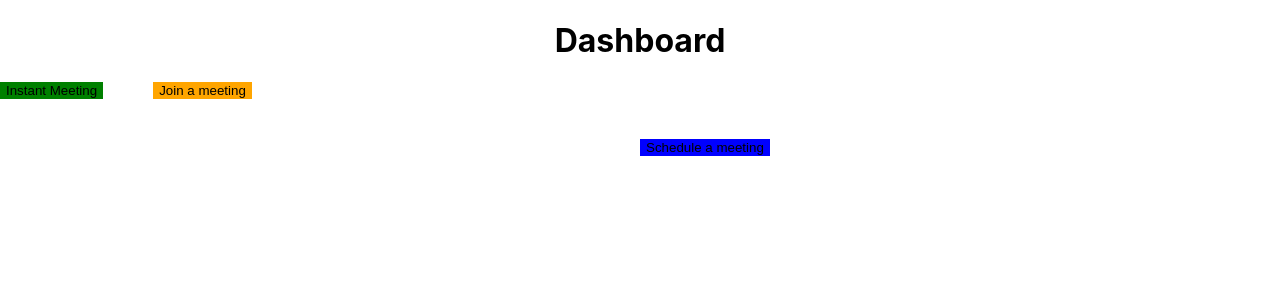
Repository: sreech465/myexam
Page: /
These files come from the project's save history. The page is drawn as it stood at one moment and after the next save; the edit follows.
The browser window is 1280 px wide. The pictures show the whole page.
The project was rebuilt for these pictures with package versions that can differ from the ones it lists, and the page was loaded fresh each time. Also part of the build but not shown: src/Jmeet.js, src/Smeet.js.

Above is the page before, as saved 2023-01-14 16:01:39.

### src/App.js
import logo from "./logo.svg";
import "./App.css";
import Details from "./Details";
import { BrowserRouter } from "react-router-dom";
import { Routes, Route } from "react-router-dom";
import Jmeet from "./Jmeet";
import Smeet from "./Smeet";

function App() {
  return (
    <>
      <div className="App">
        <BrowserRouter>
          <Routes>
            <Route path="/" element={<Details />} />
            <Route path="/jmeet" element={<Jmeet />} />
            <Route path="/smeet" element={<Smeet />} />
          </Routes>
        </BrowserRouter>
      </div>
    </>
  );
}

export default App;

### src/Details.js
import React from "react";

import { useNavigate } from "react-router-dom";

const Details = () => {
  const navigate = useNavigate();

  const handleJoin = () => {
    navigate("/jmeet");
  };

  const handleSchedule = () => {
    navigate("/smeet");
  };

  return (
    <div className="App">
      <h1>Dashboard</h1>
      <div style={{ display: "flex" }}>
        <button
          style={{ backgroundColor: "green", marginRight: 50, border: "none" }}
        >
          Instant Meeting
        </button>
        <button
          style={{ backgroundColor: "orange", border: "none" }}
          onClick={handleJoin}
        >
          Join a meeting
        </button>
      </div>
      <button
        style={{
          backgroundColor: "blue",
          border: "none",
          marginTop: 40,
          position: "fixed",
          left: "20",
        }}
        onClick={handleSchedule}
      >
        Schedule a meeting
      </button>
    </div>
  );
};

export default Details;

Loaded but not shown: public/index.html (common file); src/index.js (common file); src/index.css (common file); src/reportWebVitals.js (common file); src/App.css (common file)

After the next save:
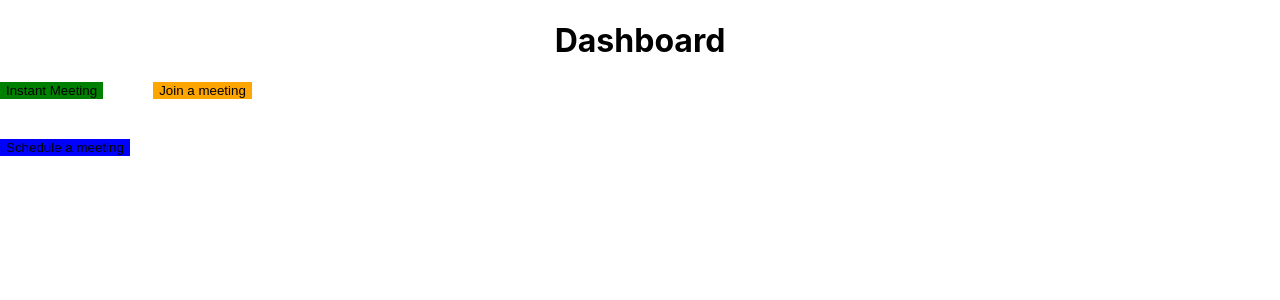
Saved 17 s later.
--- a/src/Details.js
+++ b/src/Details.js
@@ -35,7 +35,7 @@ const Details = () => {
           border: "none",
           marginTop: 40,
           position: "fixed",
-          left: "20",
+          left: 0,
         }}
         onClick={handleSchedule}
       >
